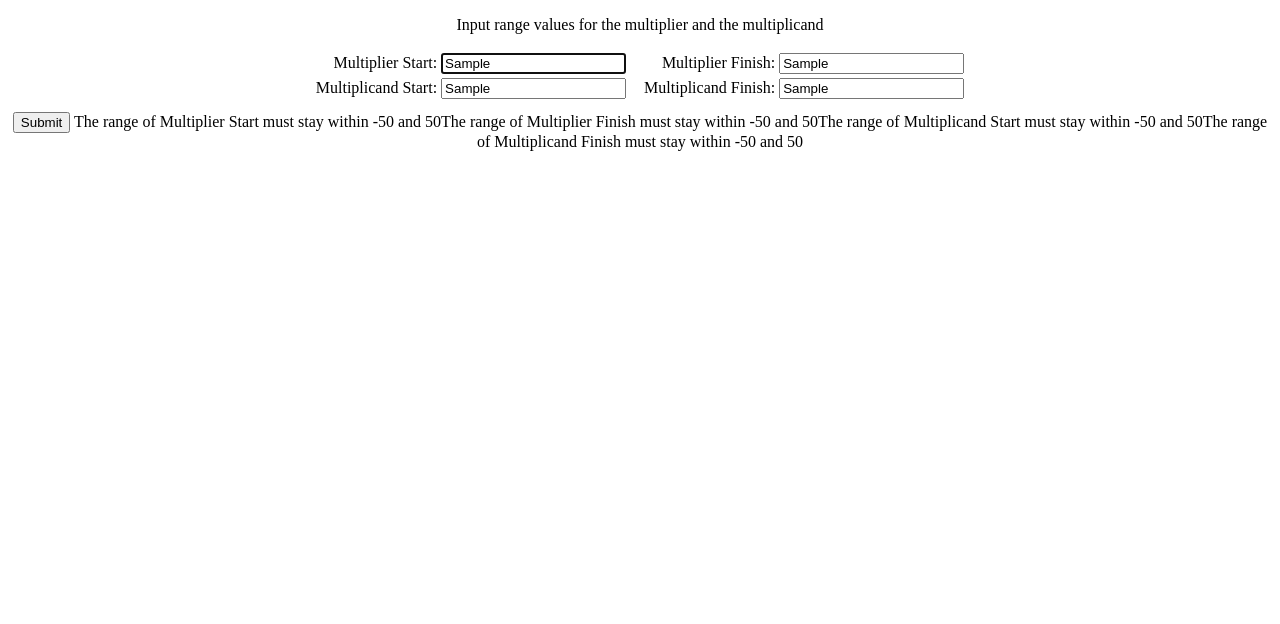
Repository: khrasna/HW4Part2
Page: index.html
The author's editor kept a copy of each file at every save. The page is drawn from the files as they stood at one save, then again after the next save.
The browser window is 1280 px wide. The pictures show the whole page.
Empty fields were first filled with sample values (such as "Sample", 5 or name@example.com).
After loading, the first visible `#FormInput > input` was clicked once.

Above is the page before, as saved 2021-11-12 16:30:27.

After the next save:
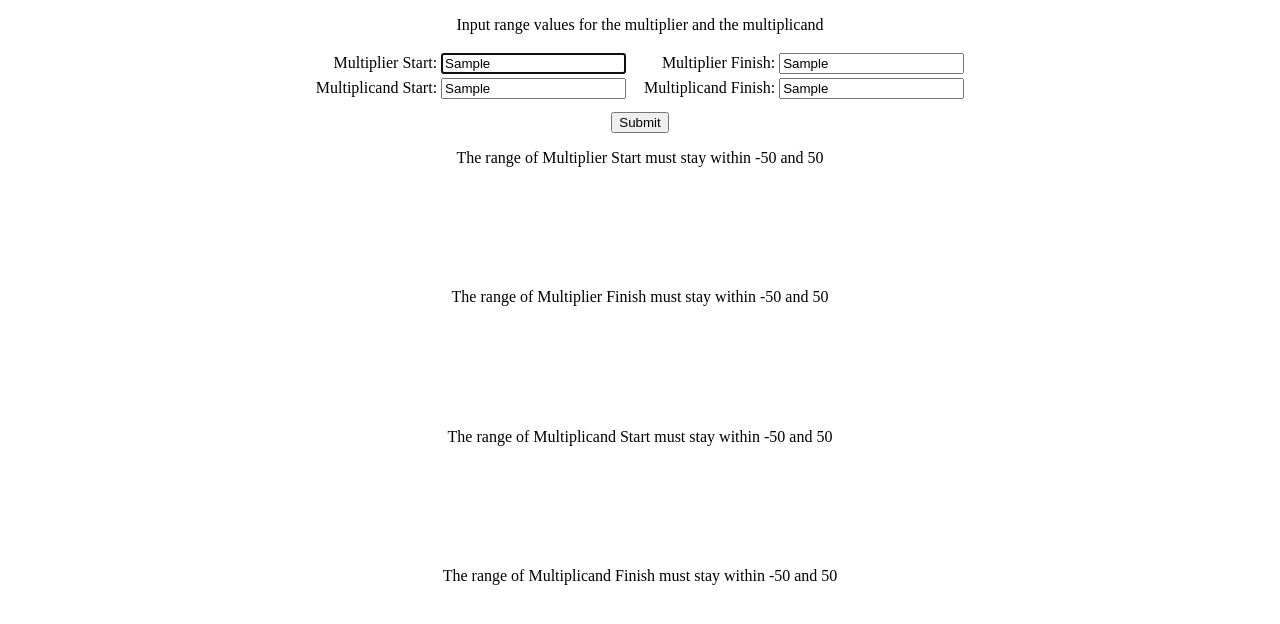
Saved 29 s later.
--- a/formvalidate.js
+++ b/formvalidate.js
@@ -49,7 +49,7 @@ $(function (){
             },
 
             errorPlacement: function (error, element) {
-                $(error).appendTo($('#FormInput'));
+                $(error).appendTo($('#container'));
             }
         });
     });
